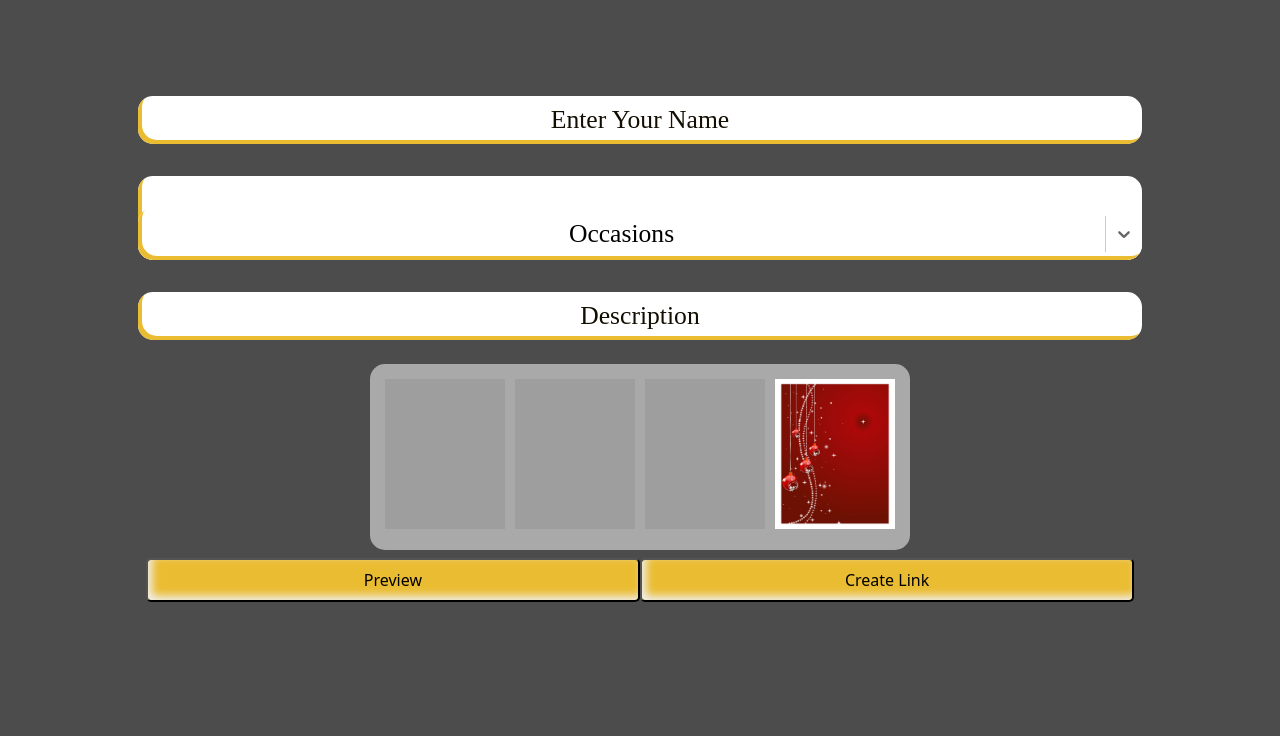
Repository: Haneef-Shaik/Greetings
Page: /
The author's editor kept a copy of each file at every save. The page is drawn from the files as they stood at one save, then again after the next save.
The browser window is 1280 px wide. The pictures show the whole page.
Pictures or frames that could not be fetched are drawn as grey boxes. The project was rebuilt for these pictures with package versions that can differ from the ones it lists, and the page was loaded fresh each time. The framework's server and built-in components were replaced by stand-ins that run in the browser. Also part of the build but not shown: next.config.js, styles/card.module.scss, components/card.js, styles/socialShare.module.scss, components/socialShare.js.

Above is the page before, as saved 2021-12-04 21:58:14.

After the next save:
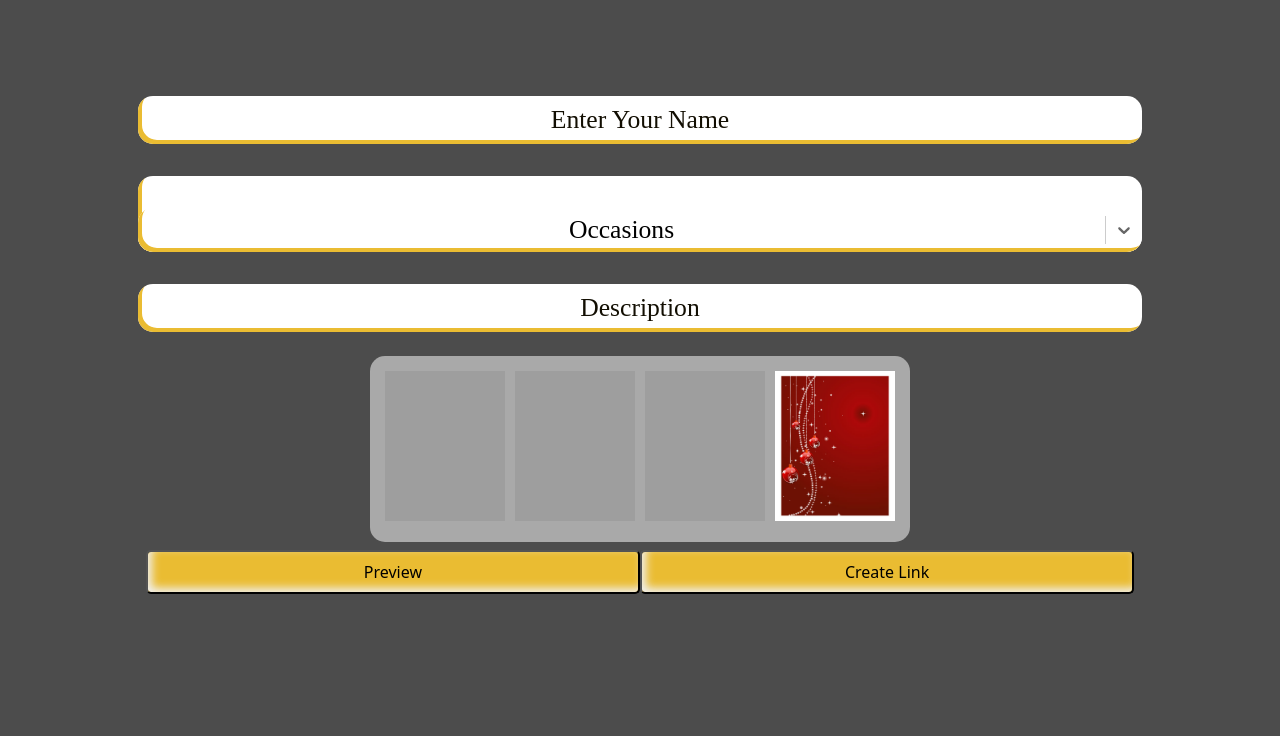
Saved 19 s later.
--- a/components/inpForm.jsx
+++ b/components/inpForm.jsx
@@ -36,7 +36,7 @@ function Edit() {
         backgroundColor:'#fff',
         borderRadius:'15px',
         boxShadow:'inset 4px -4px 0px #EABC32 ',
-        lineHeight:'2.5rem',
+        lineHeight:'2rem',
         marginTop:'2rem'
     }),
 
